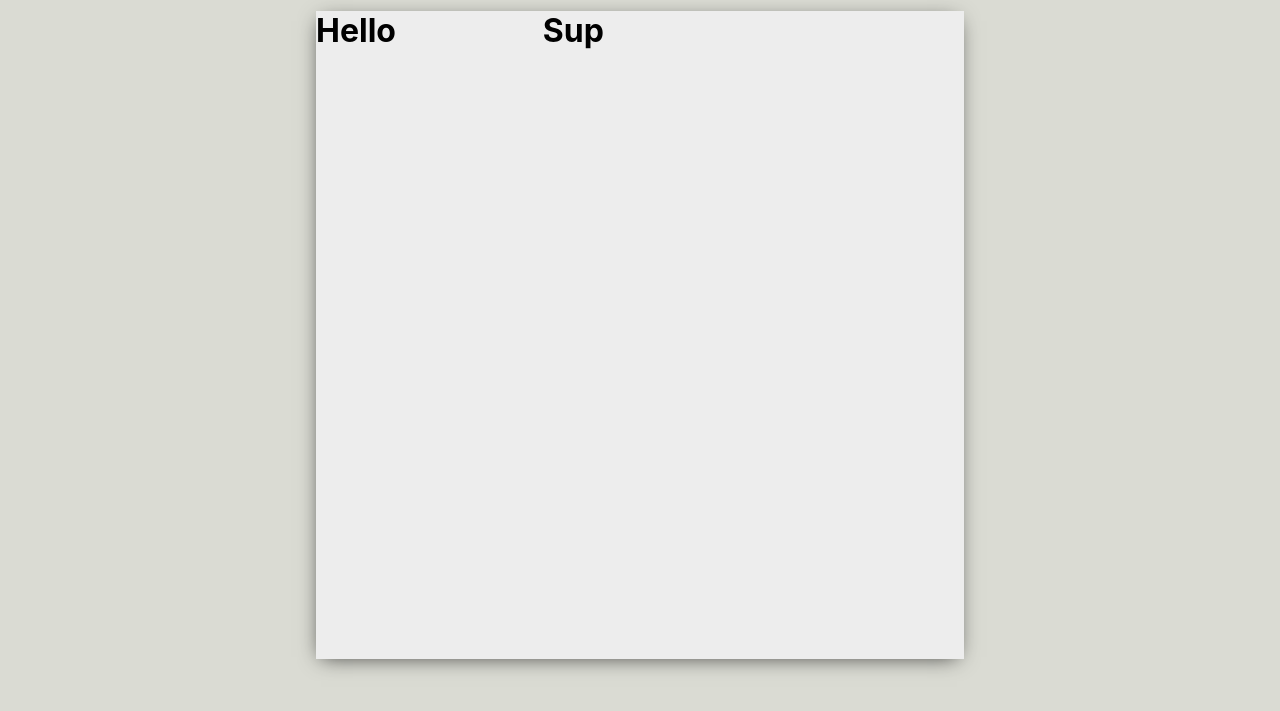
Repository: SayedJamil/WhatsappClone
Page: /
These files come from the project's save history. The page is drawn as it stood at one moment and after a run of saves; the edit follows.
The browser window is 1280 px wide. The pictures show the whole page.
The project was rebuilt for these pictures with package versions that can differ from the ones it lists, and the page was loaded fresh each time.

Above is the page before, as saved 2021-06-22 22:44:07.

### src/App.js
import React from 'react';
import './App.css';
import Sidebar from './Sidebar';
import Chat from './Chat'
function App() {
  return (
    <div className="app">
      <div className="app_body">
        <Sidebar />
        <Chat />
      </div>

    </div>
  );
}

export default App;

### src/App.css
* {
  margin: 0;
  bottom: 0;
}

.app {
  display: grid;
  place-items: center;
  height: 100vh;
  background-color: #dadbd3;
}

.app_body {
  display: flex;
  background-color: #ededed;
  margin-top: -50px;
  height: 90vh;
  width: 90vh;
  box-shadow: -1px 4px 20px -6px rgba(0, 0, 0, 0.75);
}

### src/Sidebar.js
import React from 'react'
import './Sidebar.css'


function Sidebar() {
    return (
        <div className="sidebar">
            <h1>Hello </h1>
        </div>
    )
}

export default Sidebar

### src/Chat.js
import React from 'react'
import './Chat.css'
function Chat() {
    return (
        <div className="chat">
            <h1>Sup</h1>
        </div>
    )
}

export default Chat

### src/Sidebar.css
.sidebar {
  display: flex;
  flex-direction: column;
  flex: 0.35;
}

### src/Chat.css
.chat {
  display: flex;
  flex-direction: column;
  flex: 0.65;
}

Loaded but not shown: public/index.html (common file); src/index.js (common file); src/index.css (common file)

After the next 4 saves:
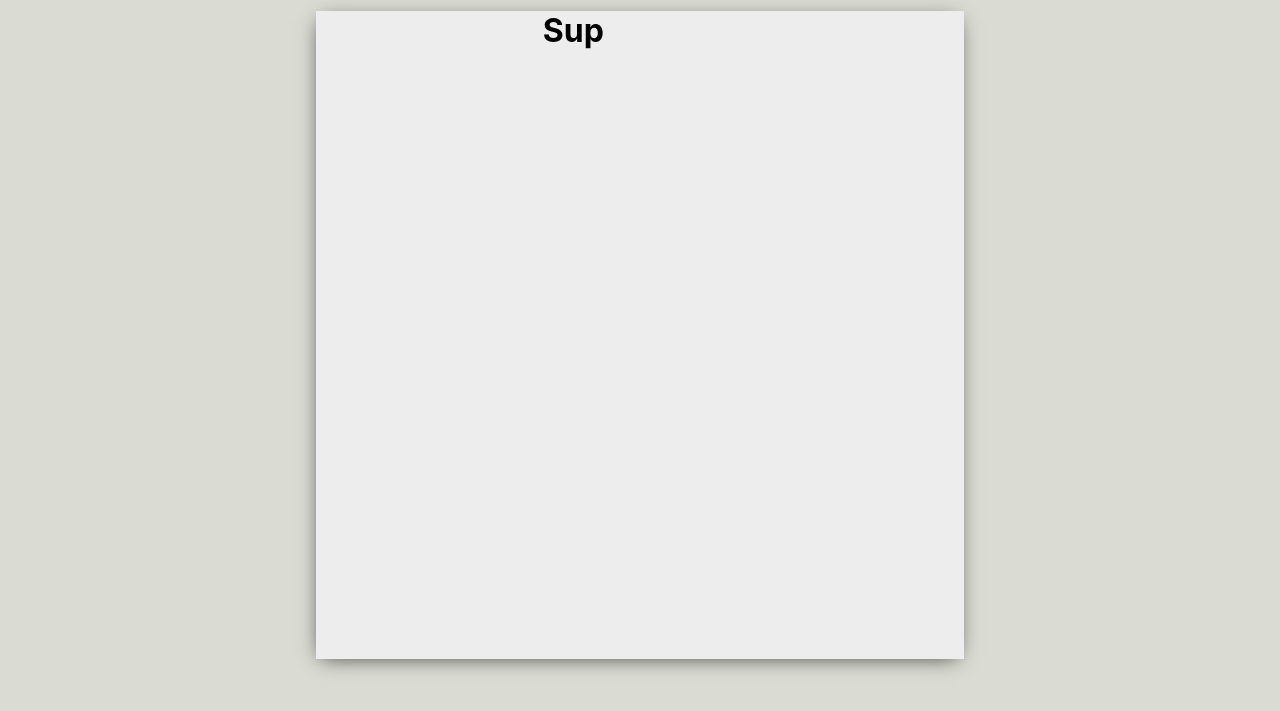
The 4 saves are shown as one change because they came seconds apart.
The last was saved 68 s later.
--- a/src/Sidebar.js
+++ b/src/Sidebar.js
@@ -5,7 +5,7 @@ import './Sidebar.css'
 function Sidebar() {
     return (
         <div className="sidebar">
-            <h1>Hello </h1>
+
         </div>
     )
 }
